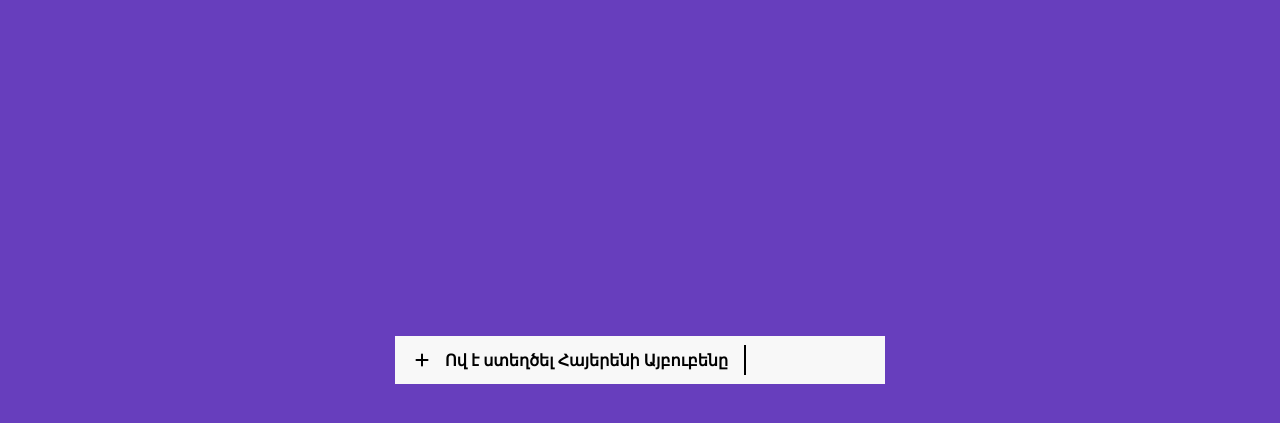
Repository: vardgeshakobyann/Accordion-ReactJS
Page: /
An editor plug-in stored every save of this project. The page is shown before and after the next save, followed by the edit.
The browser window is 1280 px wide. The pictures show the whole page.
The project was rebuilt for these pictures with package versions that can differ from the ones it lists, and the page was loaded fresh each time.

Above is the page before, as saved 2025-06-11 09:22:43.

### public/index.html
<!DOCTYPE html>
<html lang="en">
  <head>
    <meta charset="utf-8" />
    <link rel="icon" href="%PUBLIC_URL%/favicon.ico" />
    <meta name="viewport" content="width=device-width, initial-scale=1" />
    <meta name="theme-color" content="#000000" />
    <meta
      name="description"
      content="Web site created using create-react-app"
    />
    <link rel="apple-touch-icon" href="%PUBLIC_URL%/logo192.png" />
    <!--
      manifest.json provides metadata used when your web app is installed on a
      user's mobile device or desktop. See https://developers.google.com/web/fundamentals/web-app-manifest/
    -->
    <link rel="manifest" href="%PUBLIC_URL%/manifest.json" />
    <!--
      Notice the use of %PUBLIC_URL% in the tags above.
      It will be replaced with the URL of the `public` folder during the build.
      Only files inside the `public` folder can be referenced from the HTML.

      Unlike "/favicon.ico" or "favicon.ico", "%PUBLIC_URL%/favicon.ico" will
      work correctly both with client-side routing and a non-root public URL.
      Learn how to configure a non-root public URL by running `npm run build`.
    -->
      <link rel="stylesheet" href="https://cdnjs.cloudflare.com/ajax/libs/font-awesome/6.7.2/css/all.min.css" integrity="sha512-Evv84Mr4kqVGRNSgIGL/F/aIDqQb7xQ2vcrdIwxfjThSH8CSR7PBEakCr51Ck+w+/U6swU2Im1vVX0SVk9ABhg==" crossorigin="anonymous" referrerpolicy="no-referrer" />
    <title>React App</title>
  </head>
  <body>
    <noscript>You need to enable JavaScript to run this app.</noscript>
    <div id="root"></div>
    <!--
      This HTML file is a template.
      If you open it directly in the browser, you will see an empty page.

      You can add webfonts, meta tags, or analytics to this file.
      The build step will place the bundled scripts into the <body> tag.

      To begin the development, run `npm start` or `yarn start`.
      To create a production bundle, use `npm run build` or `yarn build`.
    -->
  </body>
</html>

### src/index.js
import ReactDOM from 'react-dom/client';
import './index.css';
import App from './App';

const root = ReactDOM.createRoot(document.getElementById('root'));
root.render(<App />);

### src/index.css
* {
  margin: 0;
  padding: 0;
  box-sizing: border-box;
}

body {
  margin: 0;
  font-family: -apple-system, BlinkMacSystemFont, 'Segoe UI', 'Roboto', 'Oxygen',
    'Ubuntu', 'Cantarell', 'Fira Sans', 'Droid Sans', 'Helvetica Neue',
    sans-serif;
  -webkit-font-smoothing: antialiased;
  -moz-osx-font-smoothing: grayscale;
  background: #673EBD;
}

code {
  font-family: source-code-pro, Menlo, Monaco, Consolas, 'Courier New',
    monospace;
}

### src/App.js
import './App.css';
import Accordion from './components/Accordion/Accordion';

function App() {
  return (
    <div className="App">
      <Accordion />
    </div>
  );
}

export default App;

### src/App.css
.App {
  width: 100%;
  height: 100vh;
  display: flex;
  justify-content: center;
  align-items: center;
}

### src/components/Accordion/Accordion.jsx
import './accordion.css';
import { data } from '../../DB';
import AccordionItem from '../AccordionItem/AccordionItem';

const Accordion = () => {
    return (
        <div className="accordion">
            {
                data.map((el) => {
                    return (
                        <AccordionItem
                            key={el.id}
                            question={el.question}
                        />
                    )
                })
            }
        </div>
    )
}

export default Accordion;

### src/components/Accordion/accordion.css
.accordion {
    width: 490px;
    border-radius: 4px;
}

### src/DB.js
export const data = [
    {
        id: 1,
        question: "Ով է ստեղծել Հայերենի Այբուբենը",
        answer: "Մեսրոպ Մաշտոցը 405թ -ին 5րդ դարում",
        isComplited: false,
        open: false
    }
];

### src/components/AccordionItem/AccordionItem.jsx
import './accordionItem.css';

const AccordionItem = ({question}) => {
    return (
        <div className="accordionItem">
            <div className="header">
                <div className="leftBlock">
                    <i className="fa-solid fa-plus"></i>
                    <p>{question}</p>
                </div>
                <div className="rightBlock"></div>
            </div>
        </div>
    )
}

export default AccordionItem;

### src/components/AccordionItem/accordionItem.css
.accordionItem {
    width: 100%;
}

.accordionItem .header {
    width: 100%;
    height: 48px;
    background: #F8F8F8;
    padding: 10px;
    display: flex;
    justify-content: space-between;
    align-items: center;
}

.accordionItem .header .leftBlock {
    display: flex;
    justify-content: center;
    align-items: center;
    gap: 16px;
    padding: 10px;
}

.accordionItem .header .leftBlock p {
    font-weight: 600;
}

.accordionItem .header .leftBlock::after {
    content: "";
    display: block;
    width: 2px;
    height: 30px;
    background: #000;
}

After the next save:
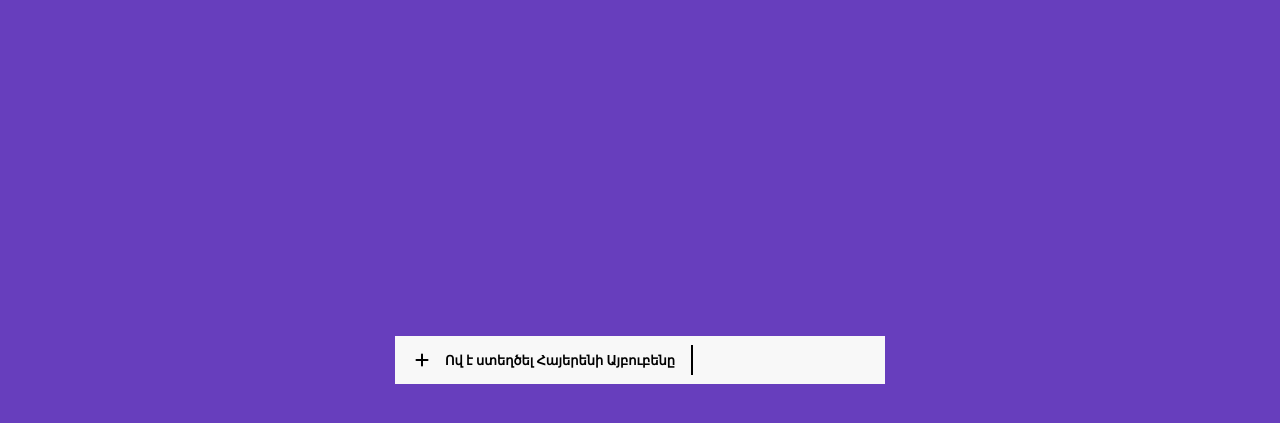
Saved 23 s later.
--- a/src/components/AccordionItem/accordionItem.css
+++ b/src/components/AccordionItem/accordionItem.css
@@ -22,6 +22,7 @@
 
 .accordionItem .header .leftBlock p {
     font-weight: 600;
+    font-size: 13px;
 }
 
 .accordionItem .header .leftBlock::after {

After the save that followed:
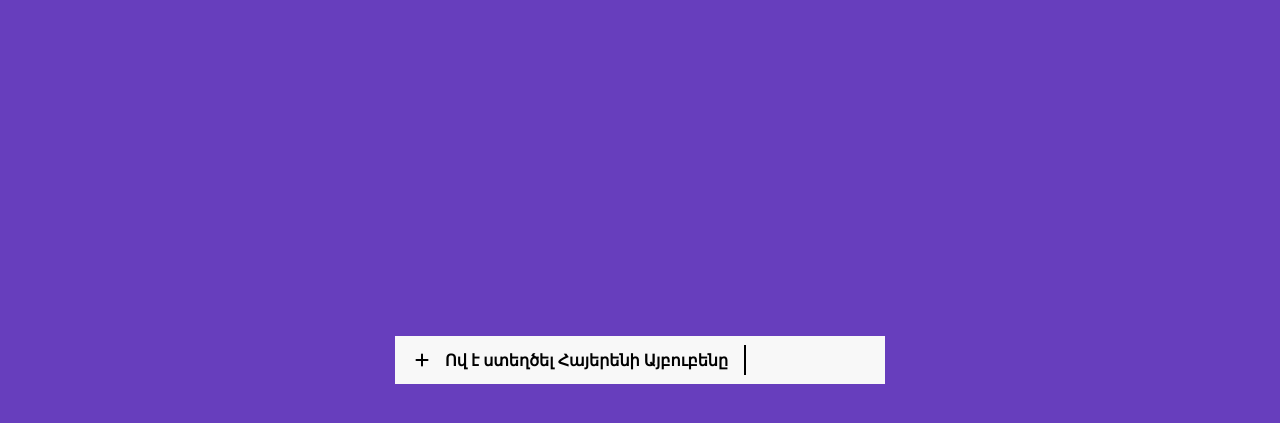
Saved 36 s later.
--- a/src/components/AccordionItem/accordionItem.css
+++ b/src/components/AccordionItem/accordionItem.css
@@ -22,7 +22,7 @@
 
 .accordionItem .header .leftBlock p {
     font-weight: 600;
-    font-size: 13px;
+    font-size: 16px;
 }
 
 .accordionItem .header .leftBlock::after {
